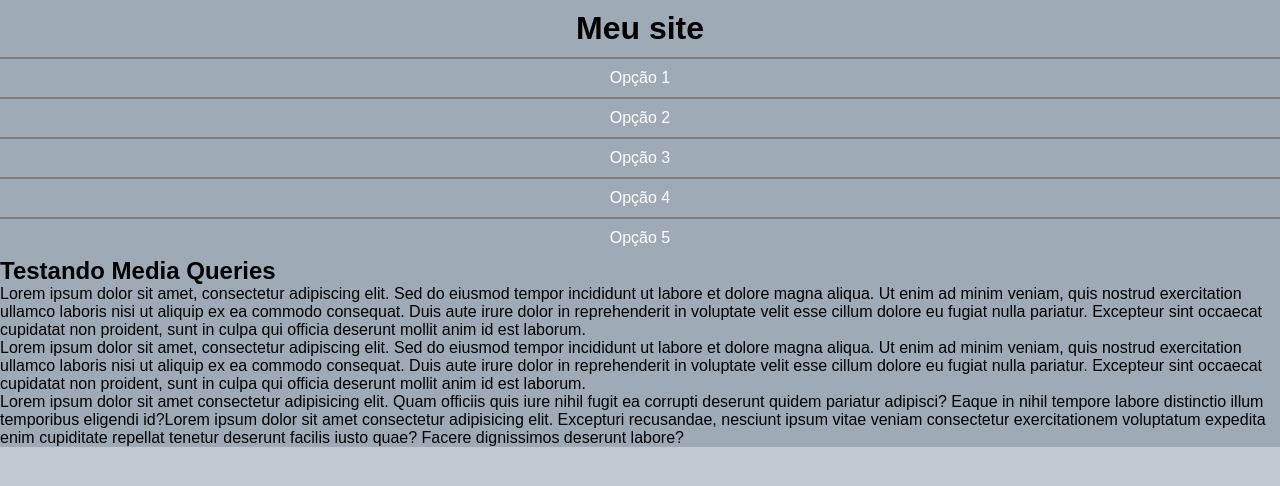
Repository: Sandro1969-tech/menu-hamburger
Page: index.html
The author's editor kept a copy of each file at every save. The page is drawn from the files as they stood at one save, then again after the next save.
The browser window is 1280 px wide. The pictures show the whole page.

Above is the page before, as saved 2025-12-25 18:12:24.

### index.html
<!DOCTYPE html>
<html lang="pt-br">
<head>
    <meta charset="UTF-8">
    <meta name="viewport" content="width=device-width, initial-scale=1.0">
    <title>Media Queries</title>
    <link rel="stylesheet" href="style.css">
</head>
<body>
  <header>
    <main>
            <h1>Meu site</h1>
            <menu>
                <ul>
                    <li><a href="#">Opção 1</a></li>
                    <li><a href="#">Opção 2</a></li>
                    <li><a href="#">Opção 3</a></li>
                    <li><a href="#">Opção 4</a></li>
                    <li><a href="#">Opção 5</a></li>
                </ul>
            </menu>
                <article>
                    <h2>Testando Media Queries</h2>
                    <p>Lorem ipsum dolor sit amet, consectetur adipiscing elit. Sed do eiusmod tempor incididunt ut labore et dolore magna aliqua. Ut enim ad minim veniam, quis nostrud exercitation ullamco laboris nisi ut aliquip ex ea commodo consequat. Duis aute irure dolor in reprehenderit in voluptate velit esse cillum dolore eu fugiat nulla pariatur. Excepteur sint occaecat cupidatat non proident, sunt in culpa qui officia deserunt mollit anim id est laborum.</p>
                    <p>Lorem ipsum dolor sit amet, consectetur adipiscing elit. Sed do eiusmod tempor incididunt ut labore et dolore magna aliqua. Ut enim ad minim veniam, quis nostrud exercitation ullamco laboris nisi ut aliquip ex ea commodo consequat. Duis aute irure dolor in reprehenderit in voluptate velit esse cillum dolore eu fugiat nulla pariatur. Excepteur sint occaecat cupidatat non proident, sunt in culpa qui officia deserunt mollit anim id est laborum.</p>
                    <p> Lorem ipsum dolor sit amet consectetur adipisicing elit. Quam officiis quis iure nihil fugit ea corrupti deserunt quidem pariatur adipisci? Eaque in nihil tempore labore distinctio illum temporibus eligendi id?Lorem ipsum dolor sit amet consectetur adipisicing elit. Excepturi recusandae, nesciunt ipsum vitae veniam consectetur exercitationem voluptatum expedita enim cupiditate repellat tenetur deserunt facilis iusto quae? Facere dignissimos deserunt labore?</p>
                </article>
    </main>
  </header>
</body>
</html>

### style.css
@charset "UTF-8";

* {
    font-family: Arial, Helvetica, sans-serif;
    margin: 0px;
    padding: 0px;
}

body {
    background-color:
    rgba(119, 136, 153, 0.459);
}
header {
    background-color:rgba(119, 136, 153, 0.459);
;
}

h1 {
padding: 10px;
text-align: center;
}

menu {
    display: block;
}
menu > ul {
    list-style-type: none;
}
menu a {
    display: block;
    padding: 10px;
    text-decoration: none;
    background-color: rgba(87,87,);
    text-align: center;
    color: white;
    border-top: 2px solid grey;
}

After the next save:
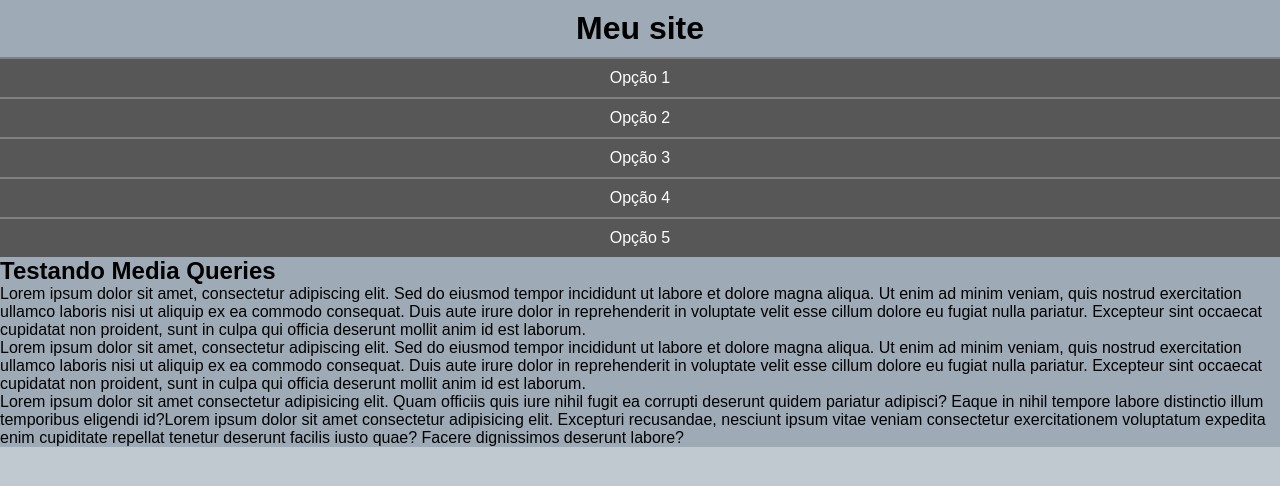
Saved 18 s later.
--- a/style.css
+++ b/style.css
@@ -30,7 +30,7 @@ menu a {
     display: block;
     padding: 10px;
     text-decoration: none;
-    background-color: rgba(87,87,);
+    background-color: rgba(87,87,87);
     text-align: center;
     color: white;
     border-top: 2px solid grey;
